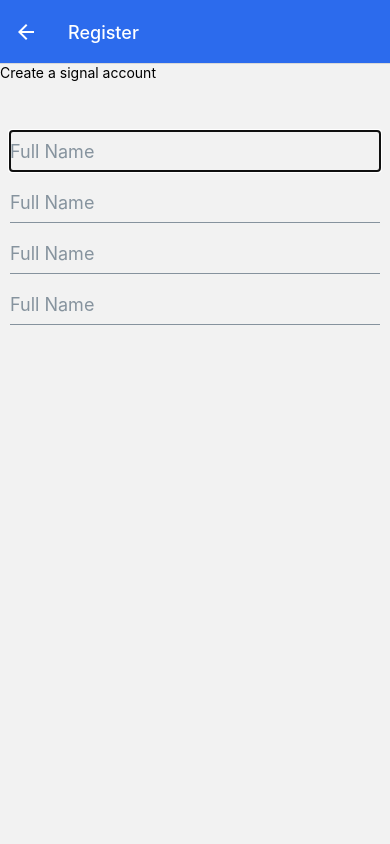
Repository: TheBoringBOT/signal-clone-reactnative-learn
Screen: /Register
These files come from the project's save history. The screen is drawn as it stood at one moment and after the next save; the edit follows.
The app was drawn by React Native's web renderer in a window 390 px wide. The project was rebuilt for these pictures with package versions that can differ from the ones it lists, and the page was loaded fresh each time.

Above is the screen before, as saved 2022-01-23 19:11:31.

After the next save:
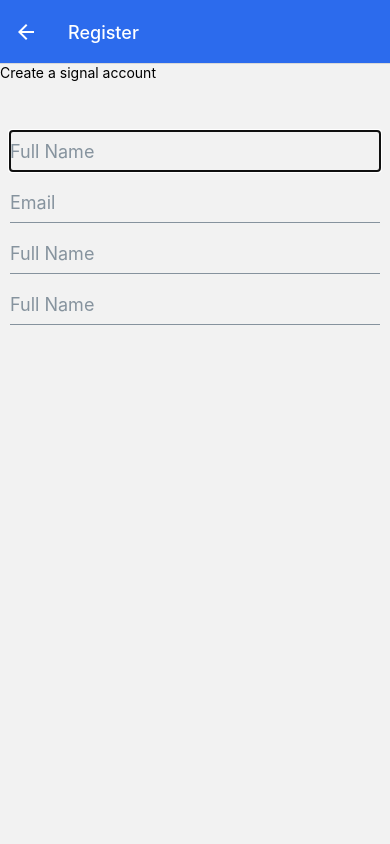
Saved 34 s later.
--- a/screens/RegisterScreen.js
+++ b/screens/RegisterScreen.js
@@ -6,6 +6,7 @@ import { StatusBar } from "expo-status-bar";
 
 const RegisterScreen = ({ navigation }) => {
   const [name, setName] = useState("");
+  const [email, setEmail] = useState("");
   return (
     <KeyboardAvoidingView behavior="padding" style={styles.container}>
       <StatusBar style="light" />
@@ -22,10 +23,10 @@ const RegisterScreen = ({ navigation }) => {
           onChangeText={(text) => setName(text)}
         />
         <Input
-          placeholder="Full Name"
-          value={name}
+          placeholder="Email"
+          value={email}
           type="text"
-          onChangeText={(text) => setName(text)}
+          onChangeText={(text) => setEmail(text)}
         />
         <Input
           placeholder="Full Name"
